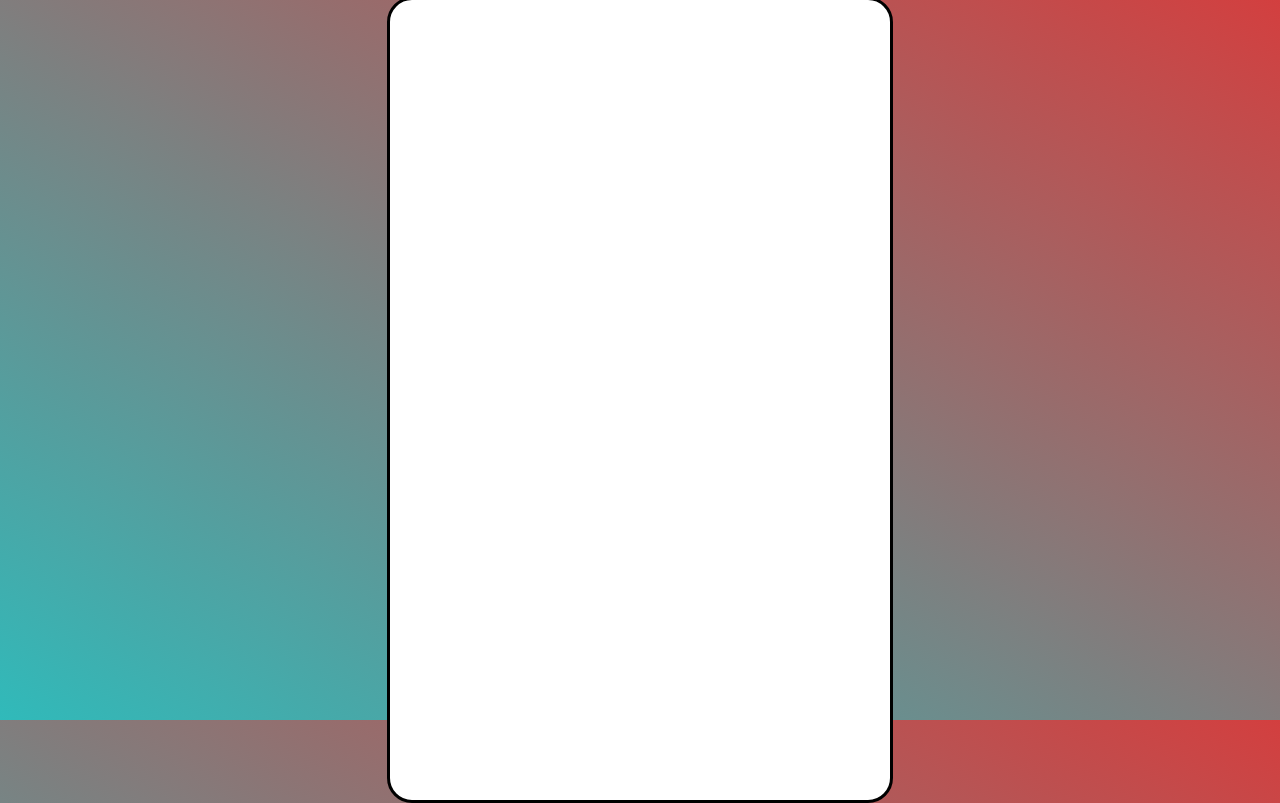
Repository: Lewisjohnward/kindle-clippings-to-cards
Page: /
The author's editor kept a copy of each file at every save. The page is drawn from the files as they stood at one save, then again after the next save.
The browser window is 1280 px wide. The pictures show the whole page.
Backgrounds fixed to the window are drawn as part of the page. The project was rebuilt for these pictures with package versions that can differ from the ones it lists, and the page was loaded fresh each time.

Above is the page before, as saved 2021-10-28 20:38:06.

### src/index.js
import React from "react"
import ReactDOM from "react-dom"
import App from "./App"
ReactDOM.render(<App />, document.getElementById('root'))

### src/App.js
import styled, { createGlobalStyle } from "styled-components";

const GlobalStyle = createGlobalStyle`
body,
html {
  height: 100%;
}
    body{
        height: 100%;
        margin: 0;
        padding: 0;
        background-repeat: no-repeat;
        background-attachment: fixed;
        background-image: linear-gradient(
            30deg,
            rgb(48, 186, 186),
            rgb(211, 63, 63)
        );

    }
`;

const Frame = styled.div`
  display: flex;
  align-items: center;
  justify-content: center;
  height:   800px;
`;

const MainContainer = styled.div`
  width: 500px;
  height: 800px;
  border: solid black;

  border-radius: 25px;
  background: white;
`;

const App = () => {
  return (
    <>
      <GlobalStyle />
      <Frame>
        <MainContainer />
      </Frame>
    </>
  );
};

export default App;

Loaded but not shown: public/index.html (common file)

After the next save:
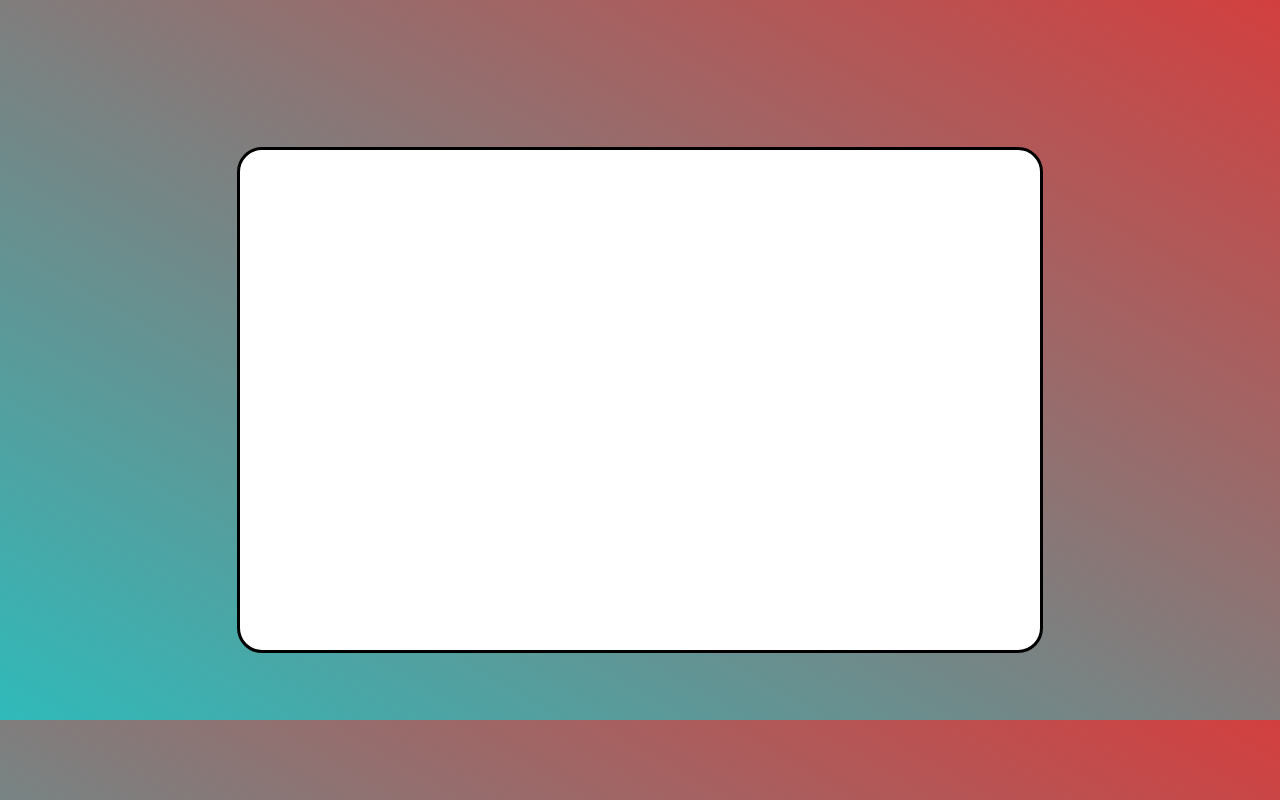
Saved 4 s later.
--- a/src/App.js
+++ b/src/App.js
@@ -28,8 +28,8 @@
 `;
 
 const MainContainer = styled.div`
-  width: 500px;
-  height: 800px;
+  width: 800px;
+  height: 500px;
   border: solid black;
 
   border-radius: 25px;
